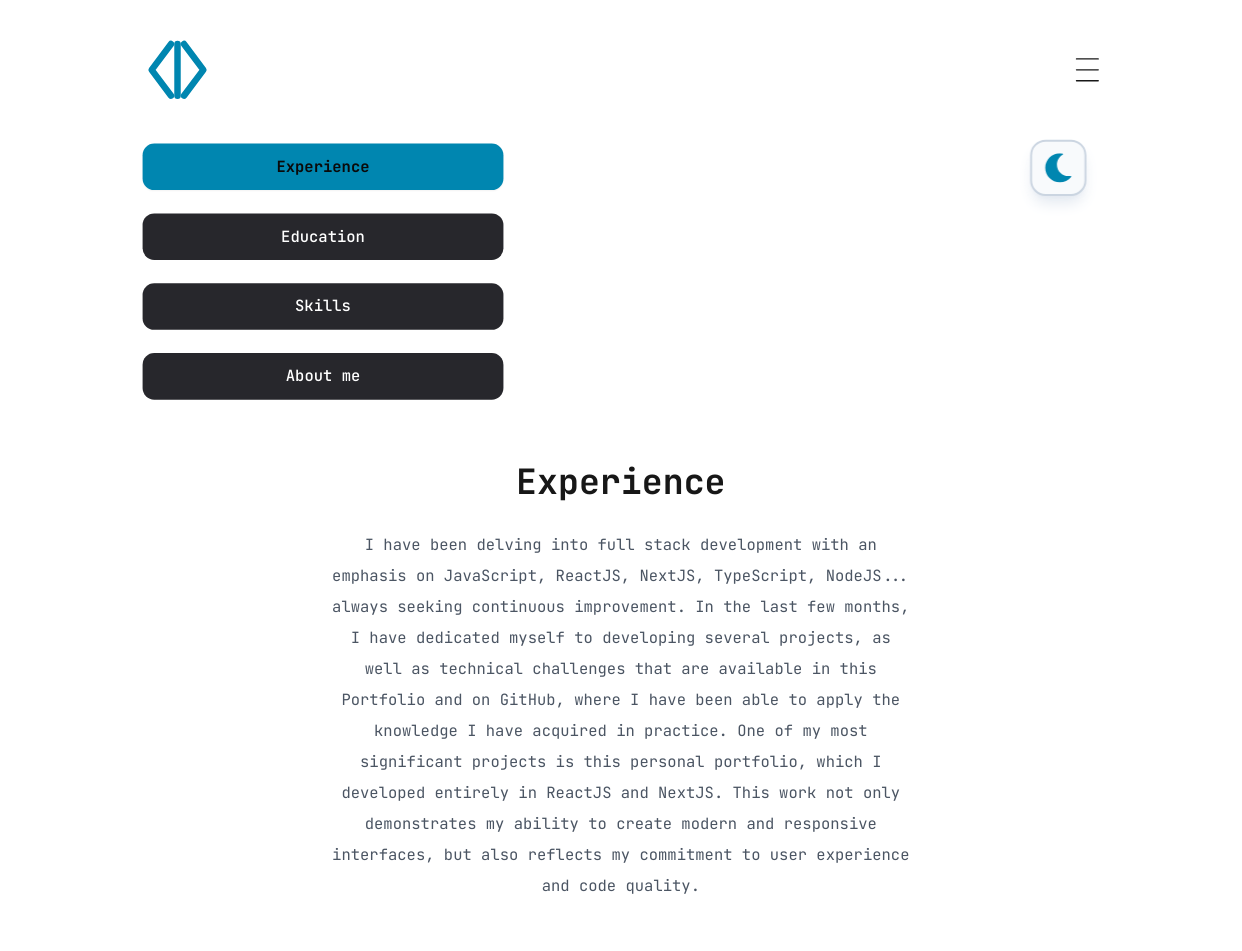
Repository: sergioscker/sergio-portfolio
Page: /resume
An editor plug-in stored every save of this project. The page is shown before and after the next save, followed by the edit.
The browser window is 1280 px wide. The pictures show the whole page, at 97% of full size.
The project was rebuilt for these pictures with package versions that can differ from the ones it lists, and the page was loaded fresh each time. The framework's server and built-in components were replaced by stand-ins that run in the browser. Also part of the build but not shown: next.config.mjs, components/ui/scroll-area.jsx, components/ui/tooltip.jsx.

Above is the page before, as saved 2025-04-29 15:31:15.

### app/layout.jsx
// fonts
import { JetBrains_Mono } from 'next/font/google';
import './globals.css';

//components
import PageTransition from '@/components/PageTransition';

// import StairTransition from '@/components/StairTransition';
import { Header } from '@/components/Header';
import ThemeSwitcher from '@/components/ThemeSwitcher';
import ThemeProviderWrapper from '@/components/ThemeProvider';
import ClientOnly from '@/components/ClientOnly';

// fonts style
const jetBrainsMono = JetBrains_Mono({
  subsets: ['latin'],
  variable: '--font-jetbrainsMono',
  weight: ['100', '200', '300', '400', '500', '600', '700', '800'],
  display: 'swap',
});

// SEO
export const metadata = {
  title: 'Sérgio Oliveira | Fullstack Developer',
  description:
    'Portfólio profissional de Sérgio Oliveira, desenvolvedor web fullstack especializado em JavaScript, React, Node.js, TypeScript e Next.js. Veja projetos de alta performance e design moderno.',
  keywords:
    'Sérgio Oliveira, portfolio desenvolvedor web, fullstack developer, frontend, JavaScript, React, Next.js, Node.js, TypeScript, projetos web',
  openGraph: {
    title: 'Portfólio | Sérgio Oliveira',
    description:
      'Explore os projetos desenvolvidos por Sérgio Oliveira: soluções modernas em React, Node.js, e mais.',

    url: 'https://sergioliveira-portfolio.vercel.app',
    type: 'website',
  },
  robots: {
    index: true,
    follow: true,
    nocache: false,
    googleBot: {
      index: true,
      follow: true,
    },
  },
};

export default function RootLayout({ children }) {
  return (
    <html lang="en">
      <head>
        <meta
          name="google-site-verification"
          content="S4CLoUW9Lhz9BwQGpCYQw1kK9LWIxFI2aWJaFR9xZfc"
        />
      </head>

      <body className={`${jetBrainsMono.variable}  antialiased`}>
        <ClientOnly>
          <ThemeProviderWrapper>
            <Header />

            <ThemeSwitcher />

            <PageTransition>{children}</PageTransition>
          </ThemeProviderWrapper>
        </ClientOnly>
      </body>
    </html>
  );
}

### app/resume/page.jsx
'use client';

import { motion } from 'framer-motion';
import Image from 'next/image';

// icons
import { SiStyledcomponents, SiSequelize, SiTailwindcss } from 'react-icons/si';
import { DiAws, DiMongodb, DiPostgresql } from 'react-icons/di';

import {
  TbBrandTypescript,
  TbBrandPrisma,
  TbBrandNextjs,
  TbBrandVite,
} from 'react-icons/tb';

import {
  FaHtml5,
  FaCss3,
  FaGit,
  FaReact,
  FaNodeJs,
  FaJs,
  FaFigma,
  FaDocker,
} from 'react-icons/fa';

// components
import { Tabs, TabsContent, TabsList, TabsTrigger } from '@/components/ui/tabs';

import { ScrollArea } from '@/components/ui/scroll-area';

import {
  Tooltip,
  TooltipContent,
  TooltipProvider,
  TooltipTrigger,
} from '@/components/ui/tooltip';

// experience data
const experience = {
  icon: '/assets/resume/badge.svg',
  title: 'Experience',
  description: `I have been delving into full stack development with an emphasis on JavaScript, ReactJS, NextJS, TypeScript, NodeJS... always seeking continuous improvement.

  In the last few months, I have dedicated myself to developing several projects, as well as technical challenges that are available in this Portfolio and on GitHub, where I have been able to apply the knowledge I have acquired in practice.

  One of my most significant projects is this personal portfolio, which I developed entirely in ReactJS and NextJS. This work not only demonstrates my ability to create modern and responsive interfaces, but also reflects my commitment to user experience and code quality.`,
};

// education data
const education = {
  title: 'Education',

  description:
    'Always seeking continuous improvement in software development and creation of digital products, graduating and developing practical projects. Focusing on modern technologies and agile methodologies to deliver efficient and innovative solutions.',

  items: [
    {
      company: 'Universidade Veiga de Almeida',
      degree: `Bachelor’s Degree in
      Systems Analysis and Development`,
      duration: 'In Progress',
    },
    {
      company: 'Dev Club Pro',
      degree: 'Certified FullStack Developer',
      duration: '2023 - 2024',
    },
    {
      company: 'Video Course',
      degree: 'Certified JavaScript Developer ',
      duration: '2024',
    },
  ],
};

// skills data
const skills = {
  title: 'Technologies and Tools',
  skillsList: [
    { icon: <FaHtml5 size={50} />, name: 'HTML5' },
    { icon: <FaReact size={50} />, name: 'ReactJS' },
    { icon: <FaJs size={50} />, name: 'JavaScript' },
    { icon: <FaCss3 size={50} />, name: 'Css3' },
    { icon: <FaGit size={50} />, name: 'Git' },
    { icon: <TbBrandVite size={50} />, name: 'Vite' },
    { icon: <TbBrandTypescript size={50} />, name: 'TypeScript' },
    { icon: <FaNodeJs size={50} />, name: 'NodeJS' },
    { icon: <FaFigma size={50} />, name: 'Figma' },
    { icon: <SiStyledcomponents size={50} />, name: 'Styled-components' },
    { icon: <SiTailwindcss size={50} />, name: 'TailwindCSS' },
    { icon: <FaDocker size={50} />, name: 'Docker' },
    { icon: <DiPostgresql size={50} />, name: 'PostgreSQL' },
    { icon: <DiMongodb size={50} />, name: 'MongoDB' },
    { icon: <TbBrandNextjs size={50} />, name: 'NextJS' },
    { icon: <TbBrandPrisma size={50} />, name: 'PrismaORM' },
    { icon: <SiSequelize size={50} />, name: 'SequelizeORM' },
    { icon: <DiAws size={50} />, name: 'AWS' },
  ],
};

// about data
const about = {
  title: 'About me',
  description: `
  I'm Sérgio Oliveira, a Full Stack Developer focused on building modern and responsive web applications.

  I'm currently studying Systems Analysis and Development, where I'm learning how to design scalable systems, work with relational and non-relational databases, and improve software architecture.

  My journey in tech began with a strong interest in logic and algorithms. Over time, I've grown by developing applications that solve real-world problems. In my portfolio, you’ll find projects built with ReactJS, NextJS, NodeJS, Tailwind CSS, PostgreSQL, and MongoDB — always with a focus on clean code, usability, and performance.

  I also have solid experience with HTML, CSS, and Styled-components, creating interfaces that are both functional and visually appealing.

  I'm constantly looking to improve. Every project I work on is a new opportunity to learn, face challenges, and grow. I enjoy collaborating in teams, sharing knowledge, and turning ideas into real, impactful solutions.

  Right now, I’m looking for an opportunity to join a team where I can grow professionally, contribute with my skills, and help build meaningful products.
  `,
};

const Resume = () => {
  return (
    <motion.div
      initial={{ opacity: 0 }}
      animate={{
        opacity: 1,
        transition: { delay: 0.2, duration: 0.4, ease: 'easeIn' },
      }}
      className="min-h-[80vh] flex items-center justify-center py-15 xl:py-5"
    >
      <div className="container mx-auto xl:mx-0">
        <Tabs
          defaultValue="experience"
          className="flex flex-col xl:flex-row gap-[60px]"
        >
          <TabsList className="flex flex-col w-full max-w-[380px] mx-auto lg:mx-0 gap-6">
            <TabsTrigger value="experience">Experience</TabsTrigger>
            <TabsTrigger value="education">Education</TabsTrigger>
            <TabsTrigger value="skills">Skills</TabsTrigger>
            <TabsTrigger value="about">About me</TabsTrigger>
          </TabsList>

          {/* content */}
          <div className="min-h-[70vh] w-full">
            {/* Experience */}
            <TabsContent value="experience" className="w-full px-4">
              <div className="flex flex-col gap-[30px] text-center">
                <h3 className="text-4xl font-bold">{experience.title}</h3>

                <p className="max-w-[600px] xl:text-left text-center mx-auto text-gray-600 dark:text-white/60">
                  {experience.description}
                </p>
              </div>
            </TabsContent>

            {/* Education */}
            <TabsContent value="education" className="w-full px-4">
              <div className="flex flex-col items-center gap-[30px] text-center lg:text-left">
                <h3 className="text-4xl font-bold">{education.title}</h3>

                <p className="font-medium dark:text-white/60 max-w-[600px]">
                  {education.description}
                </p>

                <ScrollArea className="h-[420px]">
                  <ul className="grid grid-cols-1 lg:grid-cols-2 gap-[30px]">
                    {education.items.map((item, index) => (
                      <li
                        key={index}
                        className="bg-[#232329] h-[190px] py-6 px-10 rounded-xl flex flex-col justify-center items-center lg:items-start gap-1"
                      >
                        <span className="text-accent flex justify-between w-full items-center font-medium mb-2">
                          {item.duration}

                          <Image
                            src="/assets/resume/cap.svg"
                            alt="education-icon"
                            width={25}
                            height={25}
                          />
                        </span>

                        <div className="flex flex-col items-center gap-3">
                          {/* dot */}
                          <h3 className="text-white xl:text-xl text-lg text-center lg:text-left max-w-[340px] min-h-[70px]">
                            {item.degree}
                          </h3>

                          <p className="xl:text-lg text-sm text-white/60 flex gap-4 items-center justify-center">
                            <span className="w-[8px] h-[8px] rounded-full bg-accent" />

                            {item.company}
                          </p>
                        </div>
                      </li>
                    ))}
                  </ul>
                </ScrollArea>
              </div>
            </TabsContent>

            {/* skills */}
            <TabsContent value="skills" className="w-full px-4">
              <div className="flex flex-col items-center justify-center gap-[30px]">
                <h3 className="text-4xl font-bold text-center xl:text-left">
                  {skills.title}
                </h3>

                <ul className="grid grid-cols-2 sm:grid-cols-3 xl:grid-cols-6 gap-4">
                  {skills.skillsList.map((skill, index) => {
                    return (
                      <li key={index}>
                        <TooltipProvider delayDuration={100}>
                          <Tooltip>
                            {/* icons */}
                            <TooltipTrigger className="flex justify-center items-center w-[150px] h-[150px] bg-[#232329] rounded-xl group text-accent">
                              <div
                                className="text-6xl group-hover:text-accent-hover transition-all duration-300"
                                aria-label="icons"
                              >
                                {skill.icon}
                              </div>
                            </TooltipTrigger>

                            {/* name */}
                            <TooltipContent>
                              <p>{skill.name}</p>
                            </TooltipContent>
                          </Tooltip>
                        </TooltipProvider>
                      </li>
                    );
                  })}
                </ul>
              </div>
            </TabsContent>

            {/* About */}
            <TabsContent value="about" className="w-full px-4">
              <div className="flex flex-col gap-6">
                <h3 className="text-4xl md:text-4xl font-bold text-center">
                  {about.title}
                </h3>

                <p
                  className="xl:text-left text-center mx-auto max-w-[700px] text-gray-600
                 dark:text-white/60 whitespace-pre-line leading-relaxed"
                >
                  {about.description}
                </p>
              </div>
            </TabsContent>
          </div>
        </Tabs>
      </div>
    </motion.div>
  );
};

export default Resume;

### app/globals.css
@tailwind base;
@tailwind components;
@tailwind utilities;

@layer base {
  body {
    @apply font-primary bg-white text-neutral-900 leading-loose;
    @apply dark:bg-primary dark:text-white leading-loose;
    font-family: var(--font-jetbrainsMono);
  }

  .h1 {
    @apply text-[48px] xl:text-[80px] leading-[1.1] font-semibold;
  }

  .h2 {
    @apply text-[36px] xl:text-[48px] leading-[1.1] font-semibold;
  }

  .h3 {
    @apply text-[20px] xl:text-[32px] leading-[1.1] font-semibold;
  }
}

/* Estilos personalizados */
.text-outline {
  -webkit-text-stroke: 1px #ffffff;
}

.text-outline-hover {
  -webkit-text-stroke: 1px #4a8fff;
}

### components/PageTransition.jsx
'use client';

import { AnimatePresence, motion } from 'framer-motion';
import { usePathname } from 'next/navigation';

const PageTransition = ({ children }) => {
  const pathname = usePathname();

  return (
    <AnimatePresence>
      <div key={pathname}>
        <motion.div
          initial={{ opacity: 1 }}
          animate={{
            opacity: 0,
            transition: { delay: 1, duration: 0.4, ease: 'easeInOut' },
          }}
          className="h-screen w-screen fixed bg-primary top-0 pointer-events-none"
        />
        {children}
      </div>
    </AnimatePresence>
  );
};

export default PageTransition;

### components/Header.jsx
import Link from 'next/link';
import { Button } from './ui/button';

//components
import Nav from './Nav';
import MobileNav from './MobileNav';
import Image from 'next/image';

export const Header = () => {
  return (
    <header className="py-8 xl:py-14 dark:text-white">
      <div className="container mx-auto flex justify-between items-center ">
        {/* logo */}
        <Link href="/">
          <Image
            src="/assets/icon.svg"
            alt="icon"
            priority
            quality={100}
            width={80}
            height={80}
            className="object-contain"
            draggable="false"
          />
        </Link>

        {/* desktop nav & hire me button */}
        <div className="hidden xl:flex items-center gap-8">
          <Nav />
          <Link href="/contact">
            <Button>Hire me</Button>
          </Link>
        </div>

        {/* mobile nav */}
        <div className="xl:hidden">
          <MobileNav />
        </div>
      </div>
    </header>
  );
};

### components/ThemeSwitcher.jsx
'use client';

import { useTheme } from 'next-themes';
import { FaSun, FaMoon } from 'react-icons/fa';

export default function ThemeSwitcher() {
  const { theme, setTheme } = useTheme();

  return (
    <button
      className="dark:bg-neutral-900 bg-slate-50 hover:text-accent-hover text-accent fixed right-3
    lg:right-40 top-[6.1rem] md:top-36 p-3 border-2 hover:border-slate-400 border-slate-300
     dark:border-neutral-800 dark:hover:border-neutral-500
     rounded-2xl shadow-lg dark:shadow-black shadow-slate-200
     transition delay-100 ease-linear z-40"
      onClick={() => setTheme(theme === 'dark' ? 'light' : 'dark')}
    >
      {theme === 'dark' ? <FaSun size={30} /> : <FaMoon size={30} />}
    </button>
  );
}

### components/ThemeProvider.jsx
'use client';

import { ThemeProvider } from 'next-themes';

export default function ThemeProviderWrapper({ children }) {
  return <ThemeProvider attribute="class">{children}</ThemeProvider>;
}

### components/ClientOnly.jsx
'use client';

import { useEffect, useState } from 'react';

export default function ClientOnly({ children }) {
  const [hasMounted, setHasMounted] = useState(false);

  useEffect(() => {
    setHasMounted(true);
  }, []);

  if (!hasMounted) {
    return null;
  }

  return <>{children}</>;
}

### components/ui/tabs.jsx
'use client';

import * as React from 'react';
import * as TabsPrimitive from '@radix-ui/react-tabs';

import { cn } from '@/lib/utils';

const Tabs = TabsPrimitive.Root;

const TabsList = React.forwardRef(({ className, ...props }, ref) => (
  <TabsPrimitive.List
    ref={ref}
    className={cn('inline-flex h-auto rounded-md p-1 text-primary', className)}
    {...props}
  />
));
TabsList.displayName = TabsPrimitive.List.displayName;

const TabsTrigger = React.forwardRef(({ className, ...props }, ref) => (
  <TabsPrimitive.Trigger
    ref={ref}
    className={cn(
      'inline-flex items-center w-full bg-[#27272c] justify-center whitespace-nowrap text-white rounded-xl p-3 text-base font-medium ring-offset-white transition-all disabled:pointer-events-none disabled:opacity-50 data-[state=active]:bg-accent data-[state=active]:text-primary data-[state=active]:font-bold data-[state=active]:shadow-sm',
      className,
    )}
    {...props}
  />
));
TabsTrigger.displayName = TabsPrimitive.Trigger.displayName;

const TabsContent = React.forwardRef(({ className, ...props }, ref) => (
  <TabsPrimitive.Content
    ref={ref}
    className={cn(
      'min-h-[480px] ring-offset-white focus-visible:outline-none focus-visible:ring-2 focus-visible:ring-slate-950 focus-visible:ring-offset-2 dark:ring-offset-slate-950 dark:focus-visible:ring-slate-300',
      className,
    )}
    {...props}
  />
));
TabsContent.displayName = TabsPrimitive.Content.displayName;

export { Tabs, TabsList, TabsTrigger, TabsContent };

### components/ui/button.jsx
import * as React from 'react';
import { Slot } from '@radix-ui/react-slot';
import { cva } from 'class-variance-authority';

import { cn } from '@/lib/utils';

const buttonVariants = cva(
  `inline-flex items-center justify-center whitespace-nowrap rounded-full text-base
  font-semibold ring-offset-white transition-colors`,

  {
    variants: {
      variant: {
        default: 'bg-accent text-primary hover:bg-accent-hover ',
        primary: 'bg-primary text-white',
        outline:
          'border border-accent bg-transparent text-accent hover:bg-accent hover:text-primary',
      },
      size: {
        default: 'h-[44px] px-6',
        md: 'h-[48px] px-6',
        lg: 'h-[56px] px-8 text-sm uppercase tracking-[2px]',
      },
    },
    defaultVariants: {
      variant: 'default',
      size: 'default',
    },
  },
);

const Button = React.forwardRef(
  ({ className, variant, size, asChild = false, ...props }, ref) => {
    const Comp = asChild ? Slot : 'button';
    return (
      <Comp
        className={cn(buttonVariants({ variant, size, className }))}
        ref={ref}
        {...props}
      />
    );
  },
);
Button.displayName = 'Button';

export { Button, buttonVariants };

### components/Nav.jsx
'use client';

import Link from 'next/link';
import { usePathname } from 'next/navigation';

const links = [
  {
    name: 'home',
    path: '/',
  },
  {
    name: 'services',
    path: '/services',
  },
  {
    name: 'resume',
    path: '/resume',
  },
  {
    name: 'work',
    path: '/work',
  },
  {
    name: 'contact',
    path: '/contact',
  },
];

const Nav = () => {
  const pathname = usePathname();

  return (
    <nav className="flex gap-8">
      {links.map((link, index) => {
        return (
          <Link
            href={link.path}
            key={index}
            className={`${
              link.path === pathname && 'text-accent border-b-2 border-accent'
            } capitalize font-medium hover:text-accent-hover transition-all`}
          >
            {link.name}
          </Link>
        );
      })}
    </nav>
  );
};

export default Nav;

### components/MobileNav.jsx
'use client';

import { useState } from 'react';

import Link from 'next/link';

import {
  Sheet,
  SheetContent,
  SheetTitle,
  SheetTrigger,
} from '@/components/ui/sheet';

import { usePathname } from 'next/navigation';

import { CiMenuBurger } from 'react-icons/ci';

import { VisuallyHidden } from '@reach/visually-hidden';

import Image from 'next/image';

const links = [
  { name: 'home', path: '/' },
  { name: 'services', path: '/services' },
  { name: 'resume', path: '/resume' },
  { name: 'work', path: '/work' },
  { name: 'contact', path: '/contact' },
];

const MobileNav = () => {
  const pathname = usePathname();

  const [isOpen, setIsOpen] = useState(false);

  return (
    <Sheet open={isOpen} onOpenChange={setIsOpen}>
      <SheetTrigger
        className="flex justify-center items-center"
        onClick={() => setIsOpen(!isOpen)}
      >
        <CiMenuBurger className="text-[32px] dark:text-accent" />
      </SheetTrigger>

      <SheetContent aria-describedby="dialog-title">
        {/* Title hidden for accessibility */}
        <SheetTitle id="dialog-title">
          <VisuallyHidden>Navigation Menu</VisuallyHidden>
        </SheetTitle>

        {/* logo */}
        <div className="flex items-center justify-center mt-28 pb-5">
          <Link href="/">
            <Image
              src="/assets/icon.svg"
              alt="icon"
              priority
              quality={100}
              width={80}
              height={80}
              className="object-contain"
              draggable="false"
            />
          </Link>
        </div>

        {/* nav */}
        <nav className="flex flex-col justify-center items-center gap-6 mt-10">
          {links.map((link, index) => {
            return (
              <Link
                href={link.path}
                key={index}
                onClick={() => setIsOpen(false)}
                className={`${
                  link.path === pathname &&
                  'text-accent border-b-2 border-accent'
                } text-xl capitalize hover:text-accent-hover transition-all`}
              >
                {link.name}
              </Link>
            );
          })}
        </nav>
      </SheetContent>
    </Sheet>
  );
};

export default MobileNav;

Loaded but not shown: lib/utils.js (common file); tailwind.config.js (40 lines, source omitted); components/ui/sheet.jsx (122 lines, source omitted)

After the next save:
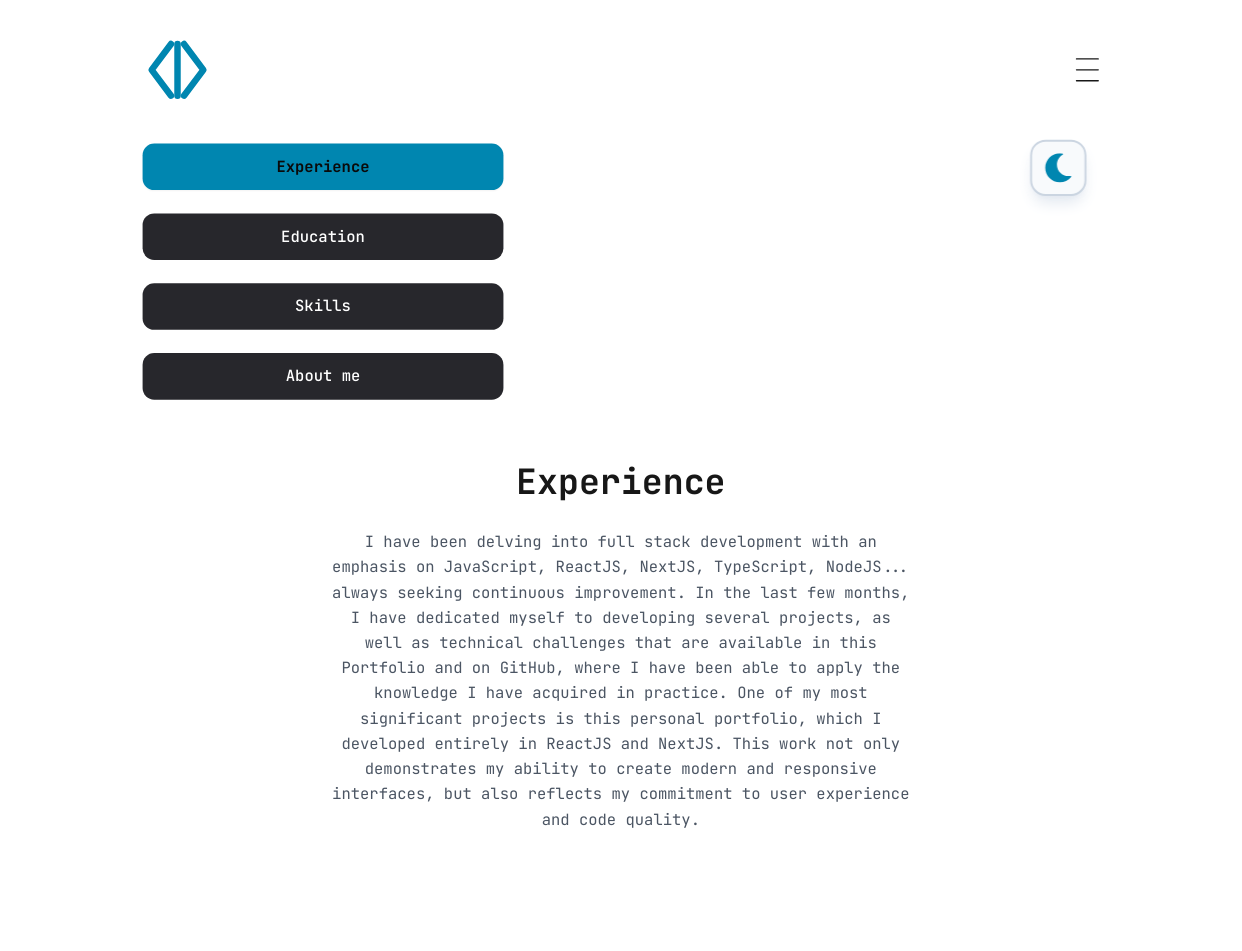
Saved 58 s later.
--- a/app/resume/page.jsx
+++ b/app/resume/page.jsx
@@ -147,7 +147,7 @@ const Resume = () => {
               <div className="flex flex-col gap-[30px] text-center">
                 <h3 className="text-4xl font-bold">{experience.title}</h3>
 
-                <p className="max-w-[600px] xl:text-left text-center mx-auto text-gray-600 dark:text-white/60">
+                <p className="max-w-[600px] xl:text-left text-center mx-auto text-gray-600 dark:text-white/60 leading-relaxed">
                   {experience.description}
                 </p>
               </div>
